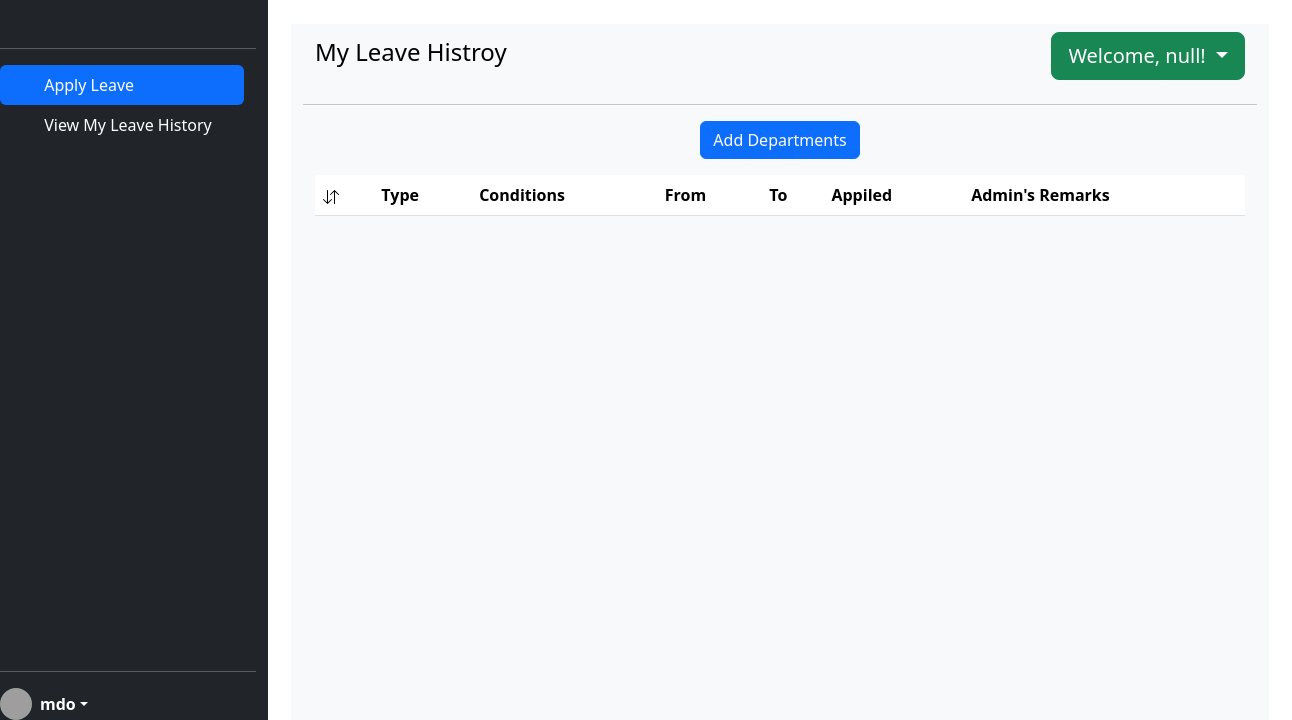
Repository: Ashish4910/Leave-Application-Management
Page: http://localhost/Employee_management/Employee/View_leave_History.jsp
The author's editor kept a copy of each file at every save. The page is drawn from the files as they stood at one save, then again after the next save.
The browser window is 1280 px wide. The page is 1292 px wide, so the pictures cover 1292 px, including what lies to the right of the window. The pictures show the whole page.
Pictures or frames that could not be fetched are drawn as grey boxes. The page is served by Tomcat 9. Other server files are loaded and not shown. Queries for data that is not in the repository find no rows.

Above is the page before, as saved 2023-12-02 07:18:51.

### Employee Management Project/Employee_management/src/main/webapp/Employee/View_leave_History.jsp
<!doctype html>
<html lang="en">
<%@ page import="java.sql.*"%>
<%@ page import="javax.servlet.http.HttpSession"%>
<head>
<meta charset="utf-8">
<meta name="viewport" content="width=device-width, initial-scale=1">
<title>Admin Dashboard</title>
<link
	href="https://cdn.jsdelivr.net/npm/bootstrap@5.3.2/dist/css/bootstrap.min.css"
	rel="stylesheet"
	integrity="sha384-T3c6CoIi6uLrA9TneNEoa7RxnatzjcDSCmG1MXxSR1GAsXEV/Dwwykc2MPK8M2HN"
	crossorigin="anonymous">
<link rel="stylesheet"
	href="https://cdnjs.cloudflare.com/ajax/libs/font-awesome/6.2.1/css/all.min.css"
	integrity="sha512-MV7K8+y+gLIBoVD59lQIYicR65iaqukzvf/nwasF0nqhPay5w/9lJmVM2hMDcnK1OnMGCdVK+iQrJ7lzPJQd1w=="
	crossorigin="anonymous" referrerpolicy="no-referrer" />

<style type="text/css">
.full-height-sidebar {
	height: 100vh;
	background-color: #111;
	color: white;
}

.custom-width {
	width: 280px;
}

.btn-wider {
	min-width: 150px; /* Adjust the width as needed */
}
}
</style>

</head>
<body>

	<div class="row">
		<div
			class="d-flex flex-column  text-bg-dark  col-lg-2 full-height-sidebar custom-width ">
			<a href="/"
				class="d-flex align-items-center mb-3 mb-md-0 me-md-auto text-white text-decoration-none">
				<svg class="bi pe-none me-2" width="40" height="32">
				<use xlink:href="#bootstrap"></use></svg> <span class="fs-4"> </span>
			</a>
			<hr>
			<ul class="nav nav-pills flex-column mb-auto container-fluid">
				<li class="nav-item"><a href="Employee_dashboard.jsp"
					class="nav-link active" aria-current="page"> <svg
							class="bi pe-none me-2" width="16" height="16">
						<use xlink:href="#home"></use></svg> Apply Leave
				</a></li>
				<li><a href="View_leave_History.jsp"
					class="nav-link text-white"> <svg class="bi pe-none me-2"
							width="16" height="16">
						<use xlink:href="#table"></use></svg> View My Leave History
				</a></li>


			</ul>
			<hr>
			<div class="dropdown">
				<a href="#"
					class="d-flex align-items-center text-white text-decoration-none dropdown-toggle"
					data-bs-toggle="dropdown" aria-expanded="false"> <img
					src="https://github.com/mdo.png" alt="" width="32" height="32"
					class="rounded-circle me-2"> <strong>mdo</strong>
				</a>
				<ul class="dropdown-menu dropdown-menu-dark text-small shadow">
					<li><a class="dropdown-item" href="#">New project...</a></li>
					<li><a class="dropdown-item" href="#">Settings</a></li>
					<li><a class="dropdown-item" href="#">Profile</a></li>
					<li><hr class="dropdown-divider"></li>
					<li><a class="dropdown-item" href="#">Sign out</a></li>
				</ul>
			</div>
		</div>

		<div class="container col-lg-9 bg-light mt-4 right-content">

			<div class="card-body">
				<nav class="navbar navbar-light bg-light">
					<div class="container-fluid">
						<a class="navbar-brand" href="#"><h4>My Leave Histroy</h4></a> <a
							class="navbar-brand" href="#"> <i
							class="fa-solid fa-arrow-up-arrow-down"></i></a>
						<!-- 	<button type="button" class="btn btn-primary"
							style="hight: 200px; width: 200px">Admin</button> -->

						<%

						HttpSession session1 = request.getSession(false);
						String email = (String) session1.getAttribute("email");
						String employeeName = (String) session1.getAttribute("firstName");
						/* String employeeId =(String) session1.getAttribute("employeeId"); */
						%>

						<div class="dropdown nav-item ">
							<a class="btn btn-success dropdown-toggle btn-lg  btn-wider "
								href="#" role="button" data-bs-toggle="dropdown"
								aria-expanded="false">

									Welcome,
									<%=employeeName%>!


									<%--  Email:
									<%= email%>  --%>

									<%-- <p> EmployeeId:
									<%=employeeId %>
									</p> --%>
							</a>
							<ul class="dropdown-menu">
								<li><a class="dropdown-item" href="#">Log-Out</a></li>

							</ul>
						</div>
					</div>
				</nav>
			</div>
			<!-- ====================================================================================== -->


			<!-- ================================================================================================= -->

			<hr>
			<div class="container">
				<div class="text-center mt-3 mb-3">
					<a href="Add_Departments.jsp" class="btn btn-primary ">Add
						Departments</a>

				</div>
				<table class="table">
					<thead>
						<tr>
							<th scope="col"><img src="../Image/arrow-down-up.svg"></th>
							<th scope="col">Type</th>
							<th scope="col">Conditions</th>
							<th scope="col">From</th>
							<th scope="col">To</th>
							<th scope="col">Appiled</th>
							<th scope="col">Admin's Remarks</th>




						</tr>
						<%
						Connection conn = null;
						PreparedStatement pstmt = null;
						String sql = "SELECT * FROM apply_leave";
						ResultSet rs = null;

						try {
							Class.forName("com.mysql.cj.jdbc.Driver");
							conn = DriverManager.getConnection("jdbc:mysql://localhost:3306/employee_management?user=root&password=root123@");
							pstmt = conn.prepareStatement(sql);
							rs = pstmt.executeQuery();
							while (rs.next()) {
						%>
						<tr>
							<td><%=rs.getString("id")%></td>
							<td><%=rs.getString("leave_type")%></td>
							<td><%=rs.getString("long_text")%></td>
							<td><%=rs.getString("start_date")%></td>
							<td><%=rs.getString("end_date")%></td>
							<td><%=rs.getString("end_date")%></td>
							<td>
								<form action="../Department_Delete" method="post">
									<!-- Hidden input to store the Department_id value -->
									<input type="hidden" name="id"
										value="<%=rs.getString("Department_id")%>">
									<!-- Submit button with the trash icon -->
									<button type="submit" class="btn btn-link">
										<i class="fa-solid fa-trash"></i>
									</button>
									<a
										href="Edit_Department.jsp?id=<%=rs.getString("Department_id")%>"
										class=""><i class="fa-solid fa-pen-to-square"></i></a>
								</form>
							</td>


							<!-- Add more columns as needed -->
						</tr>
						<%
						}
						} catch (Exception e) {
						e.printStackTrace();
						} finally {
						if (rs != null) {
						rs.close();
						}
						if (pstmt != null) {
						pstmt.close();
						}
						if (conn != null) {
						conn.close();
						}
						}
						%>

					</tbody>
				</table>
			</div>
		</div>

		<script
			src="https://cdn.jsdelivr.net/npm/bootstrap@5.3.2/dist/js/bootstrap.bundle.min.js"
			integrity="sha384-C6RzsynM9kWDrMNeT87bh95OGNyZPhcTNXj1NW7RuBCsyN/o0jlpcV8Qyq46cDfL"
			crossorigin="anonymous"></script>
</body>
</html>

### Employee Management Project/Employee_management/src/main/webapp/Image/arrow-down-up.svg
<svg xmlns="http://www.w3.org/2000/svg" width="16" height="16" fill="currentColor" class="bi bi-arrow-down-up" viewBox="0 0 16 16">
  <path fill-rule="evenodd" d="M11.5 15a.5.5 0 0 0 .5-.5V2.707l3.146 3.147a.5.5 0 0 0 .708-.708l-4-4a.5.5 0 0 0-.708 0l-4 4a.5.5 0 1 0 .708.708L11 2.707V14.5a.5.5 0 0 0 .5.5m-7-14a.5.5 0 0 1 .5.5v11.793l3.146-3.147a.5.5 0 0 1 .708.708l-4 4a.5.5 0 0 1-.708 0l-4-4a.5.5 0 0 1 .708-.708L4 13.293V1.5a.5.5 0 0 1 .5-.5"/>
</svg>

After the next save:
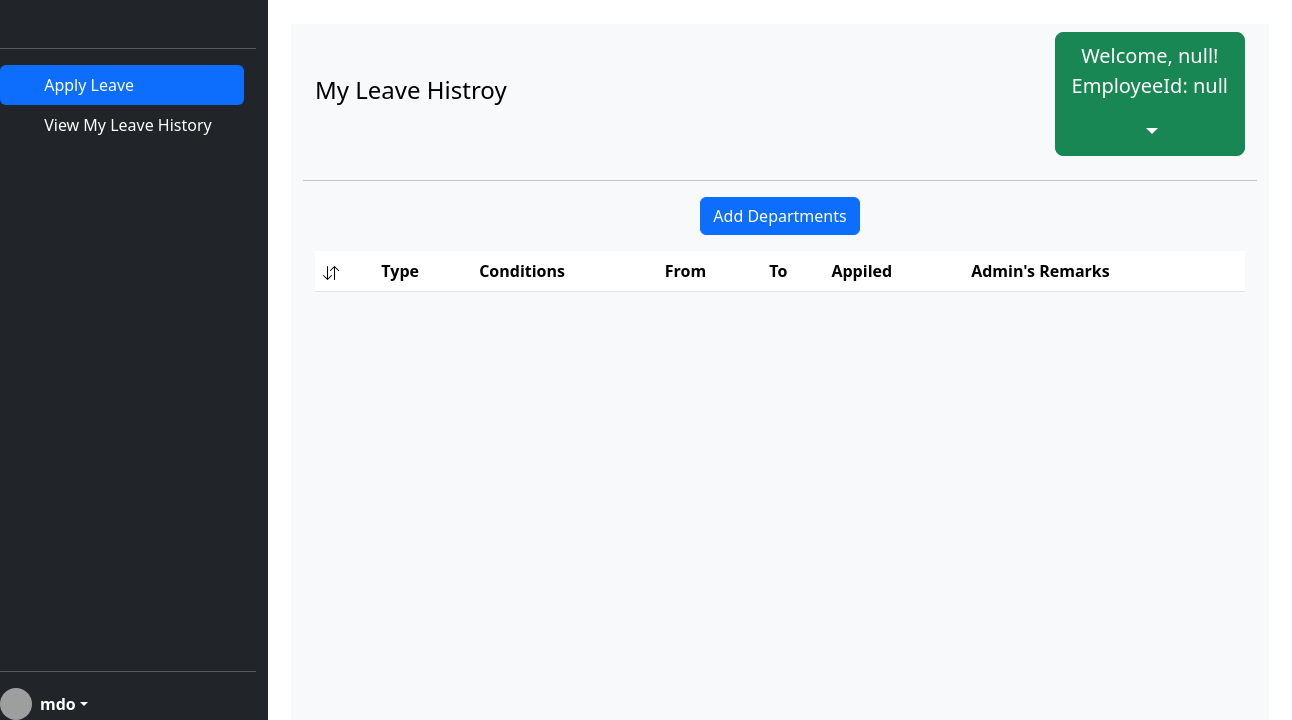
Saved 2 min 36 s later.
--- a/Employee Management Project/Employee_management/src/main/webapp/Employee/View_leave_History.jsp
+++ b/Employee Management Project/Employee_management/src/main/webapp/Employee/View_leave_History.jsp
@@ -93,7 +93,7 @@
 						HttpSession session1 = request.getSession(false);
 						String email = (String) session1.getAttribute("email");
 						String employeeName = (String) session1.getAttribute("firstName");
-						/* String employeeId =(String) session1.getAttribute("employeeId"); */
+						 String employeeId =(String) session1.getAttribute("employeeId");
 						%>
 
 						<div class="dropdown nav-item ">
@@ -108,9 +108,9 @@
 									<%--  Email:
 									<%= email%>  --%>
 
-									<%-- <p> EmployeeId:
+									 <p> EmployeeId:
 									<%=employeeId %>
-									</p> --%>
+									</p>
 							</a>
 							<ul class="dropdown-menu">
 								<li><a class="dropdown-item" href="#">Log-Out</a></li>

After the save that followed:
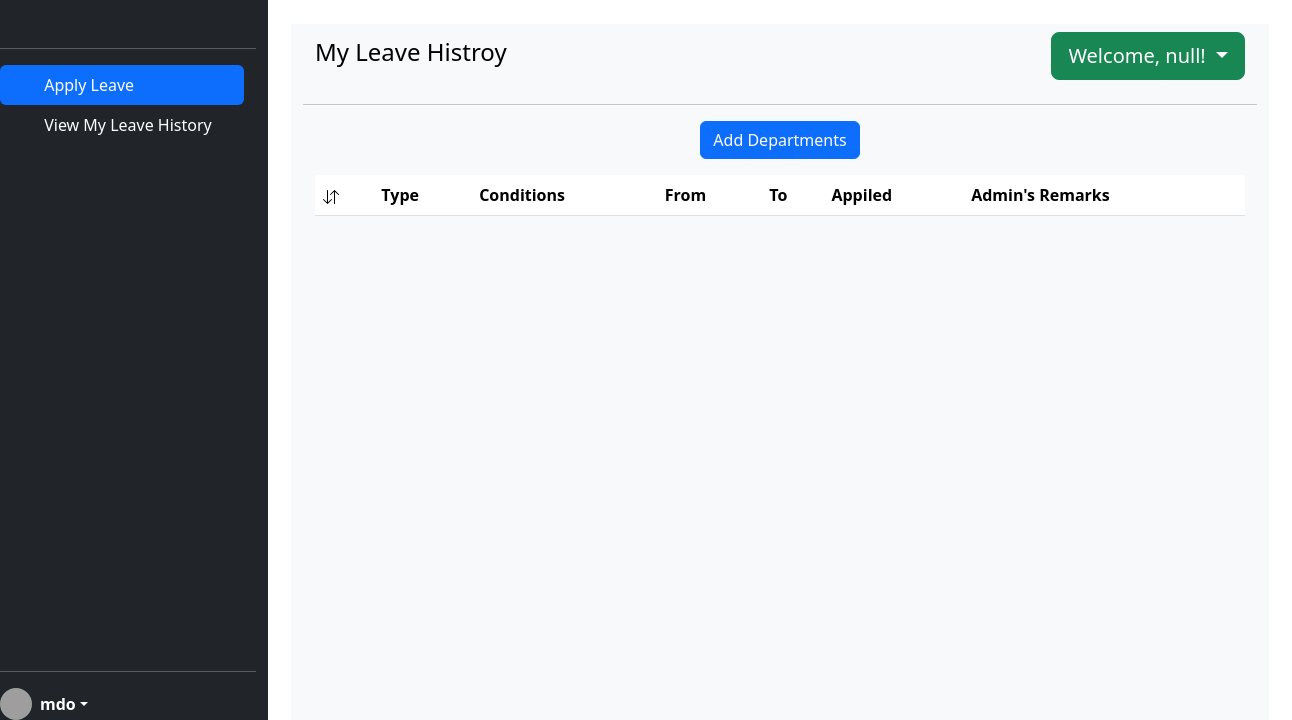
Saved 25 s later.
--- a/Employee Management Project/Employee_management/src/main/webapp/Employee/View_leave_History.jsp
+++ b/Employee Management Project/Employee_management/src/main/webapp/Employee/View_leave_History.jsp
@@ -93,7 +93,7 @@
 						HttpSession session1 = request.getSession(false);
 						String email = (String) session1.getAttribute("email");
 						String employeeName = (String) session1.getAttribute("firstName");
-						 String employeeId =(String) session1.getAttribute("employeeId");
+						/*  String employeeId =(String) session1.getAttribute("employeeId"); */
 						%>
 
 						<div class="dropdown nav-item ">
@@ -108,9 +108,9 @@
 									<%--  Email:
 									<%= email%>  --%>
 
-									 <p> EmployeeId:
+									<%--  <p> EmployeeId:
 									<%=employeeId %>
-									</p>
+									</p> --%>
 							</a>
 							<ul class="dropdown-menu">
 								<li><a class="dropdown-item" href="#">Log-Out</a></li>
